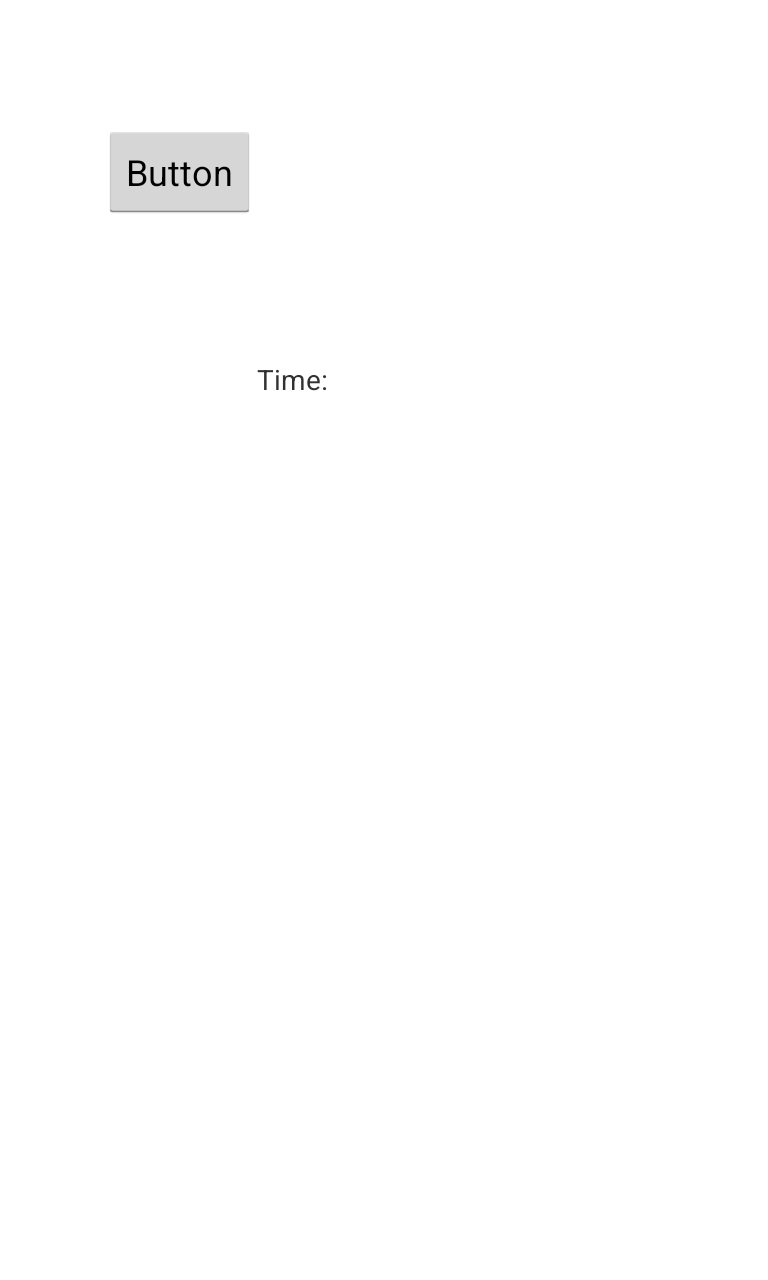
Repository: invader777/M-G
Layout: BrambrGambr/res/layout/activity_main_brambr.xml
These files come from the project's save history. The layout is drawn as it stood at one moment and after the next save; the edit follows.
It is drawn on a 768 x 1280 px phone screen (xhdpi) without system bars, with theme AppTheme; the app's code is not run.

Above is the layout before, as saved 2012-09-04 18:16:17.

After the next save:
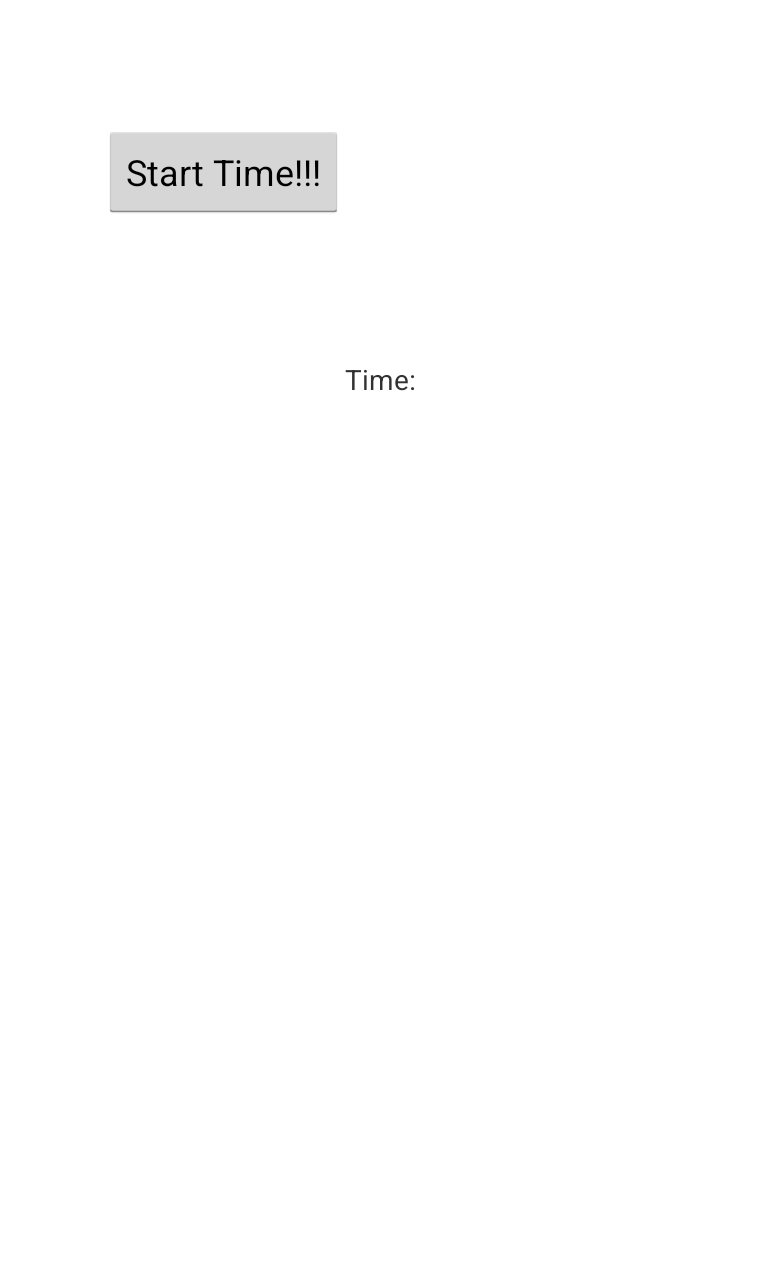
Saved 28 min 12 s later.
--- a/BrambrGambr/res/layout/activity_main_brambr.xml
+++ b/BrambrGambr/res/layout/activity_main_brambr.xml
@@ -12,7 +12,7 @@
         android:layout_marginLeft="51dp"
         android:layout_marginTop="62dp"
         android:onClick="onTimeButtonClick"
-        android:text="Button" />
+        android:text="@string/time_button_name" />
 
     <TextView
         android:id="@+id/textView1"
